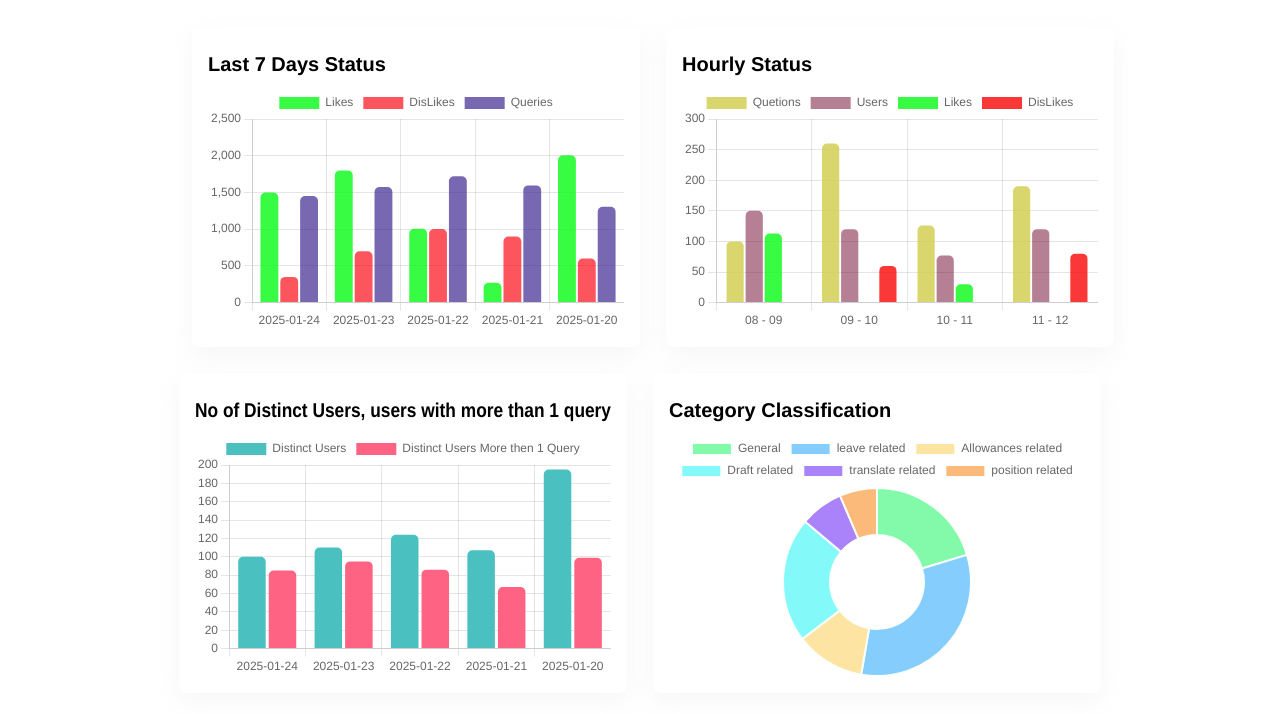
Repository: NAGARAJ-DEVELOPER/Dashboard
Page: /
The author's editor kept a copy of each file at every save. The page is drawn from the files as they stood at one save, then again after the next save.
The browser window is 1280 px wide. The pictures show the whole page.
The project was rebuilt for these pictures with package versions that can differ from the ones it lists, and the page was loaded fresh each time. Also part of the build but not shown: vite.config.js.

Above is the page before, as saved 2025-02-12 00:19:38.

After the next save:
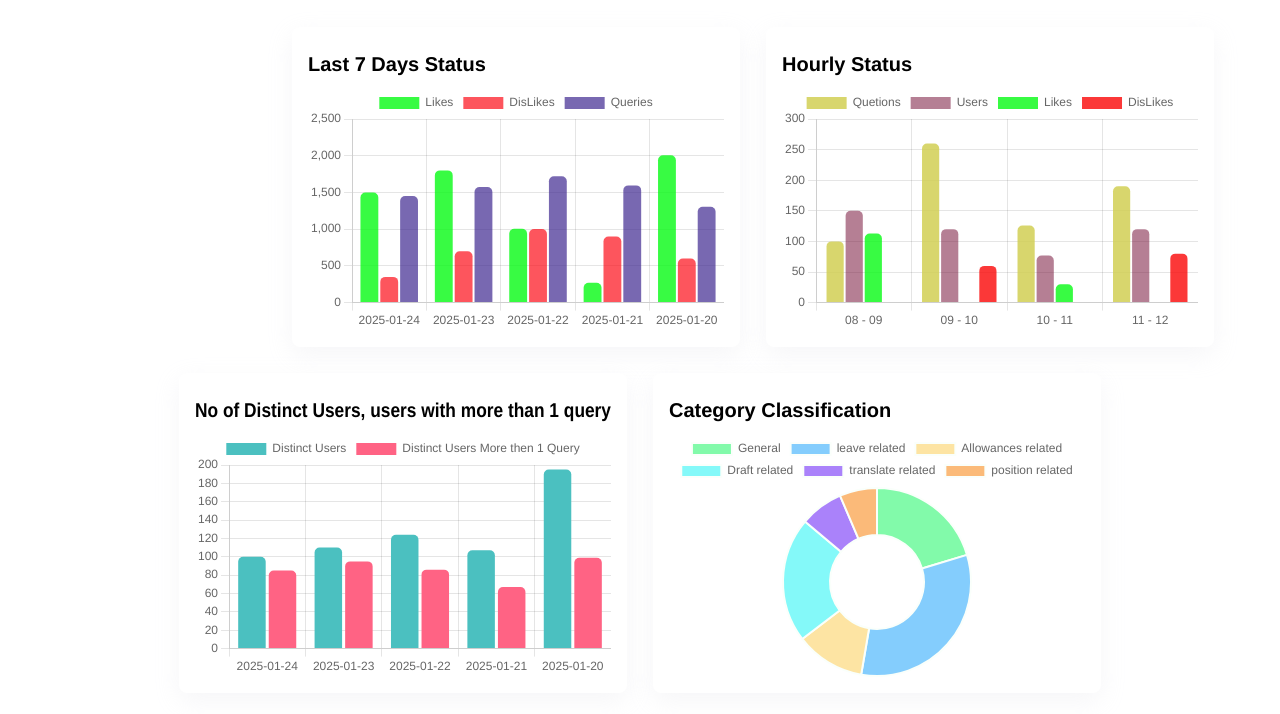
Saved 47 s later.
--- a/src/App.css
+++ b/src/App.css
@@ -12,7 +12,7 @@
   overflow: auto;
 }
 .Height{
-  height: 100px;
+  padding: 100px;
 }
 .dataCard {
   background-color: #ffffff;
